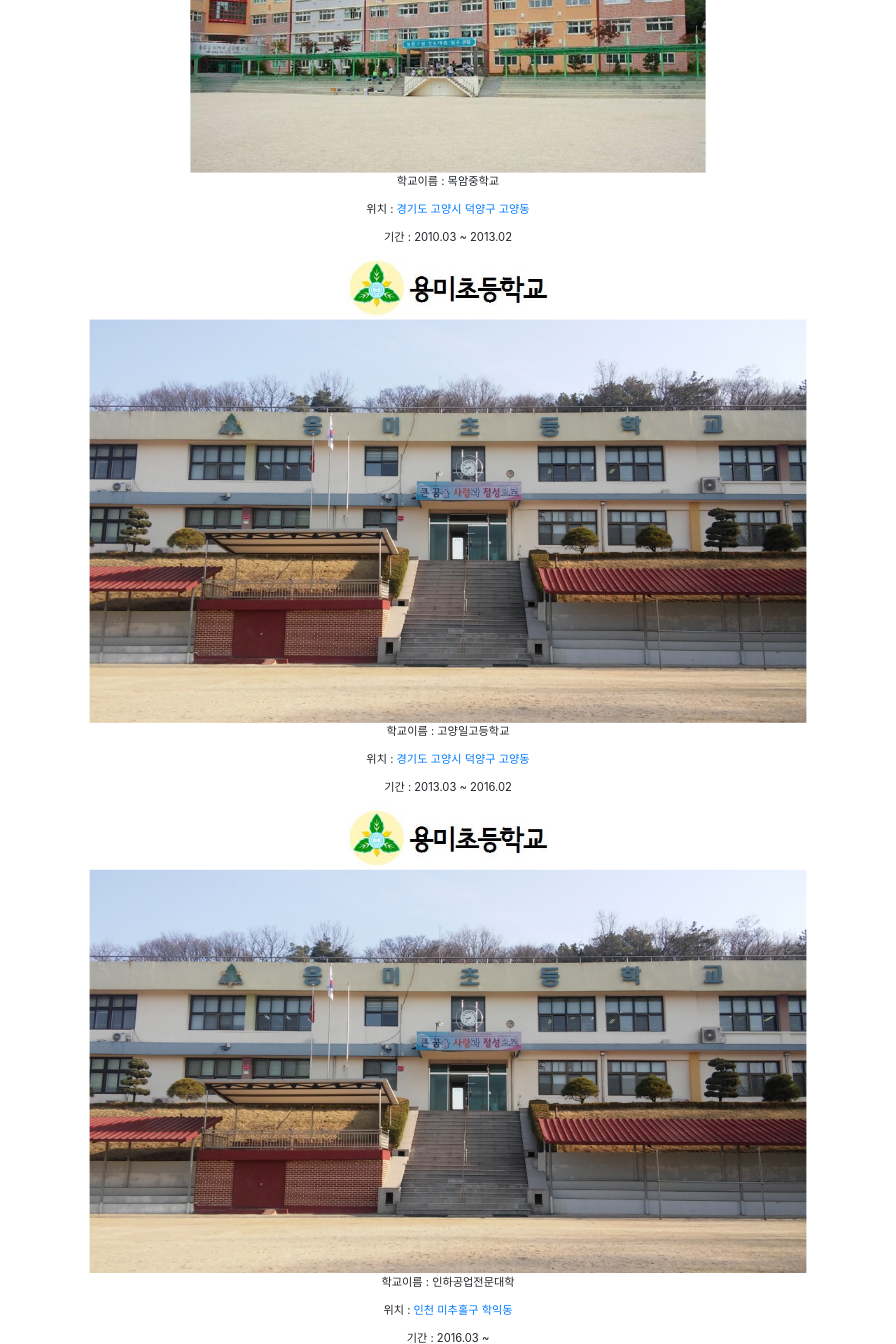
Repository: wlxo0401/IntroduveMySelf
Page: IntroduceMySelf/WebContent/KimJiTae.html
These files come from the project's save history. The page is drawn as it stood at one moment and after the next save; the edit follows.
The browser window is 1280 px wide. The pictures show the part of the page from y = 1172 to 3092 px (the page is 3188 px tall before and 3218 px after), at 70% of full size.

Above is the page before, as saved 2020-03-11 07:11:45.

After the next save:
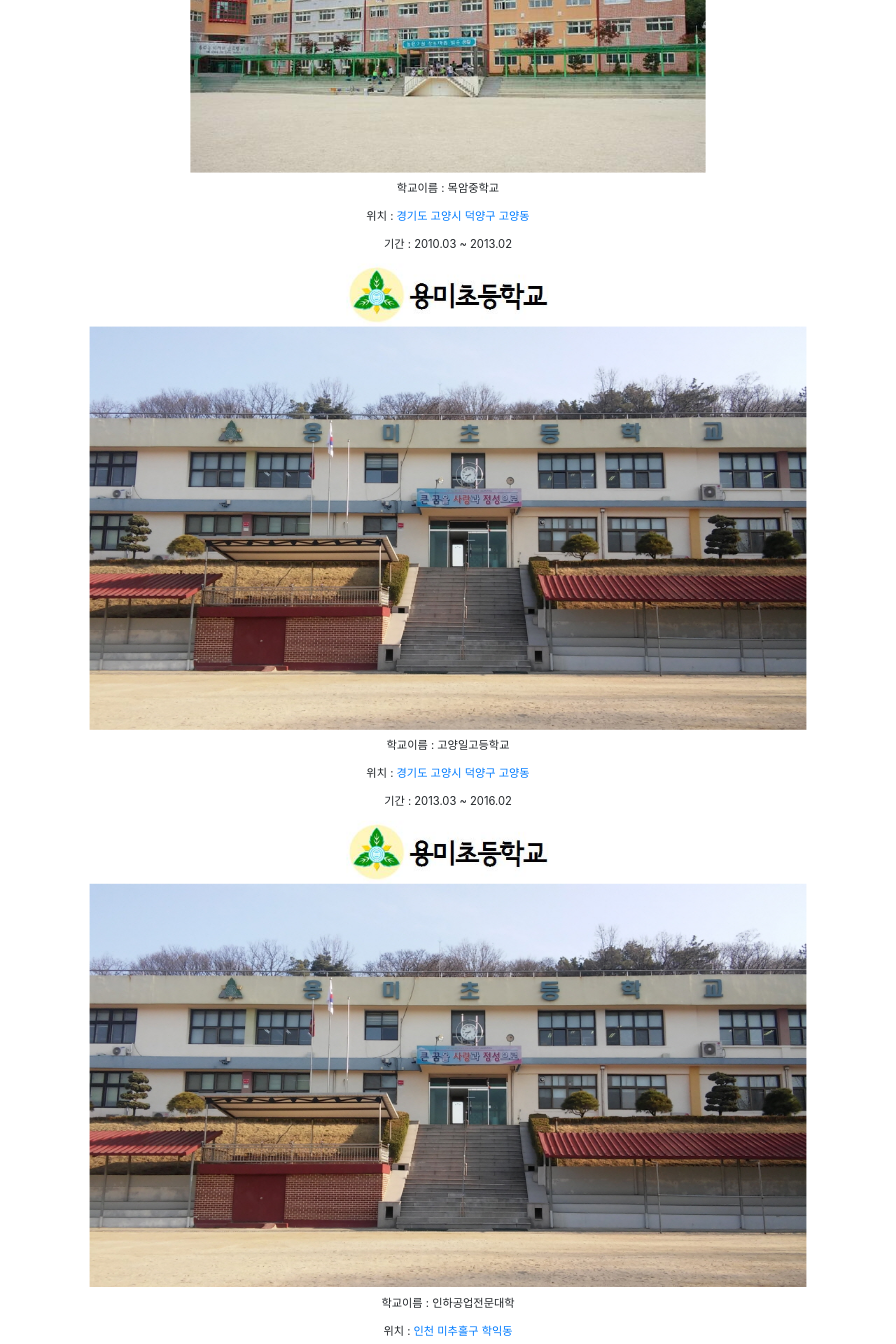
Saved 13 s later.
--- a/IntroduceMySelf/WebContent/style.css
+++ b/IntroduceMySelf/WebContent/style.css
@@ -65,7 +65,7 @@
 
 }
 
-.ElementarySchool p {
+.container-school p {
     margin-top: 10px;
     margin-bottom: 1rem;
 }
